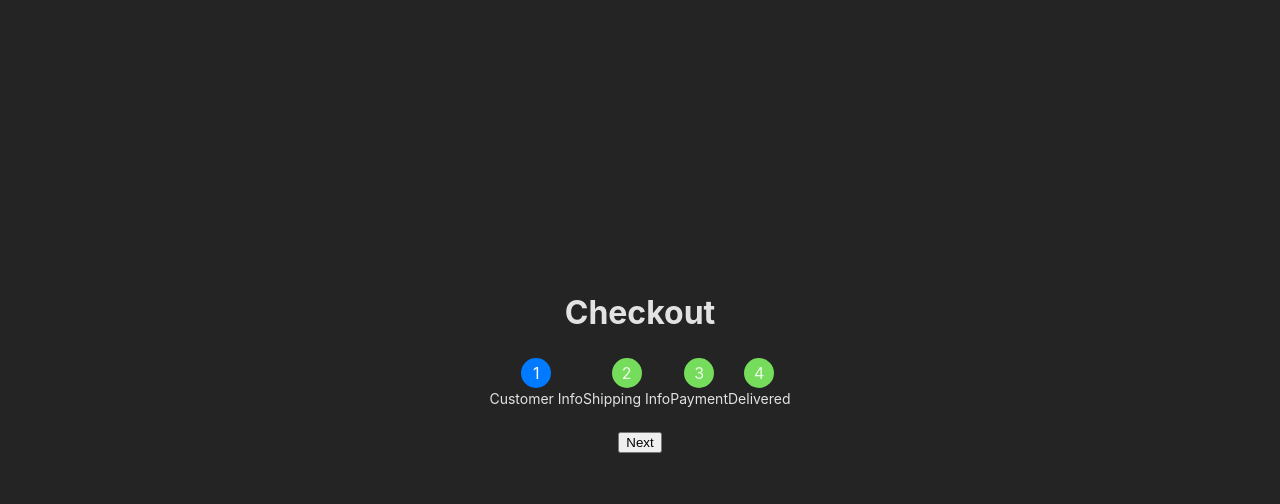
Repository: s-babaeizadeh/stepper-react
Page: /
These files come from the project's save history. The page is drawn as it stood at one moment and after the next save; the edit follows.
The browser window is 1280 px wide. The pictures show the whole page.
The project was rebuilt for these pictures with package versions that can differ from the ones it lists, and the page was loaded fresh each time. Also part of the build but not shown: vite.config.js.

Above is the page before, as saved 2024-08-10 11:16:42.

### src/App.jsx
import { Component, useState } from "react";

import "./App.css";
import CheckoutSteeper from "./components/CheckoutSteeper";

const CHECKOUT_STEPS = [
  {
    name: "Customer Info",
    Component: () => <div>Provide your contact details</div>,
  },
  {
    name: "Shipping Info",
    Component: () => <div>Enter you shipping address</div>,
  },
  {
    name: "Payment",
    Component: () => <div>Complete payment for your order</div>,
  },
  {
    name: "Delivered",
    Component: () => <div>Your order has been delivered</div>,
  },
];

function App() {
  return (
    <>
      <h1>Checkout</h1>
      <CheckoutSteeper stepsConfig={CHECKOUT_STEPS} />
    </>
  );
}

export default App;

### src/index.css
:root {
  font-family: Inter, system-ui, Avenir, Helvetica, Arial, sans-serif;
  line-height: 1.5;
  font-weight: 400;

  color-scheme: light dark;
  color: rgba(255, 255, 255, 0.87);
  background-color: #242424;

  font-synthesis: none;
  text-rendering: optimizeLegibility;
  -webkit-font-smoothing: antialiased;
  -moz-osx-font-smoothing: grayscale;
}

body {
  margin: 0;
  display: flex;
  place-items: center;
  min-width: 320px;
  min-height: 100vh;
}

.stepper {
  position: relative;
  display: flex;
  align-items: center;
  justify-content: space-between;
  margin-bottom: 20px;
}

.step {
  display: flex;
  flex-direction: column;
  align-items: center;
  position: relative;
}

.step-number {
  width: 30px;
  height: 30px;
  border-radius: 50%;
  background-color: #75dd5b;
  display: flex;
  justify-content: center;
  align-items: center;
  z-index: 2;
}

.step-name {
  font-size: 14px;
}

### src/App.css
#root {
  /* max-width: 1280px; */
  margin: 0 auto;
  padding: 2rem;
  text-align: center;
}

.step-name {
  font-size: 14px;
}

.active .step-number {
  background-color: #007bff;
  color: #fff;
}

.complete .step-number {
  background-color: #28a745;
  color: #fff;
}

### src/components/CheckoutSteeper.jsx
import React, { useState } from "react";

const CheckoutSteeper = ({ stepsConfig = [] }) => {
  const [currentStep, setCurrentStep] = useState(1);
  const [isComplete, setIsComplete] = useState(false);

  if (!stepsConfig.length) {
    return <></>;
  }

  const handleNext = () => {};

  const ActiveComponent = stepsConfig[currentStep - 1]?.Component;

  return (
    <>
      <div className="stepper">
        {stepsConfig.map((step, index) => {
          return (
            <div
              key={step.name}
              className={`step ${
                currentStep > index + 1 || isComplete ? "complete" : ""
              } ${currentStep === index + 1 ? "active" : " "}`}
            >
              <div className="step-number">
                {currentStep > index + 1 || isComplete ? (
                  <span>&#10003</span>
                ) : (
                  index + 1
                )}
              </div>
              <div className="step-name">{step.name}</div>
            </div>
          );
        })}
      </div>

      {!isComplete && (
        <button className="btn" onClick={handleNext}>
          {currentStep === stepsConfig.length ? "Finish" : "Next"}
        </button>
      )}
    </>
  );
};

export default CheckoutSteeper;

Loaded but not shown: index.html (common file); src/main.jsx (common file)

After the next save:
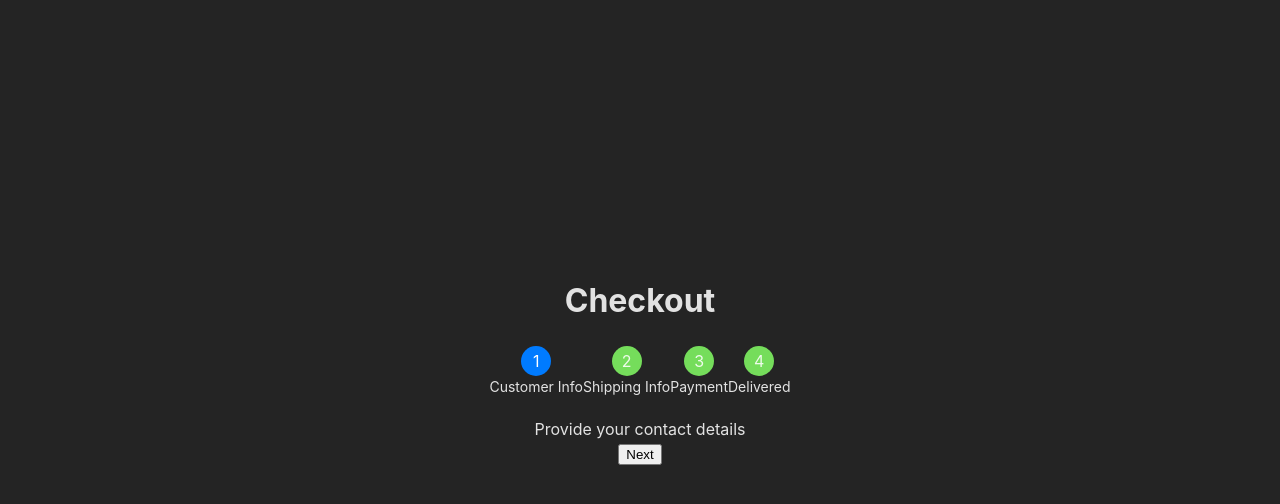
Saved 42 s later.
--- a/src/components/CheckoutSteeper.jsx
+++ b/src/components/CheckoutSteeper.jsx
@@ -36,6 +36,8 @@ const CheckoutSteeper = ({ stepsConfig = [] }) => {
         })}
       </div>
 
+      <ActiveComponent />
+
       {!isComplete && (
         <button className="btn" onClick={handleNext}>
           {currentStep === stepsConfig.length ? "Finish" : "Next"}
